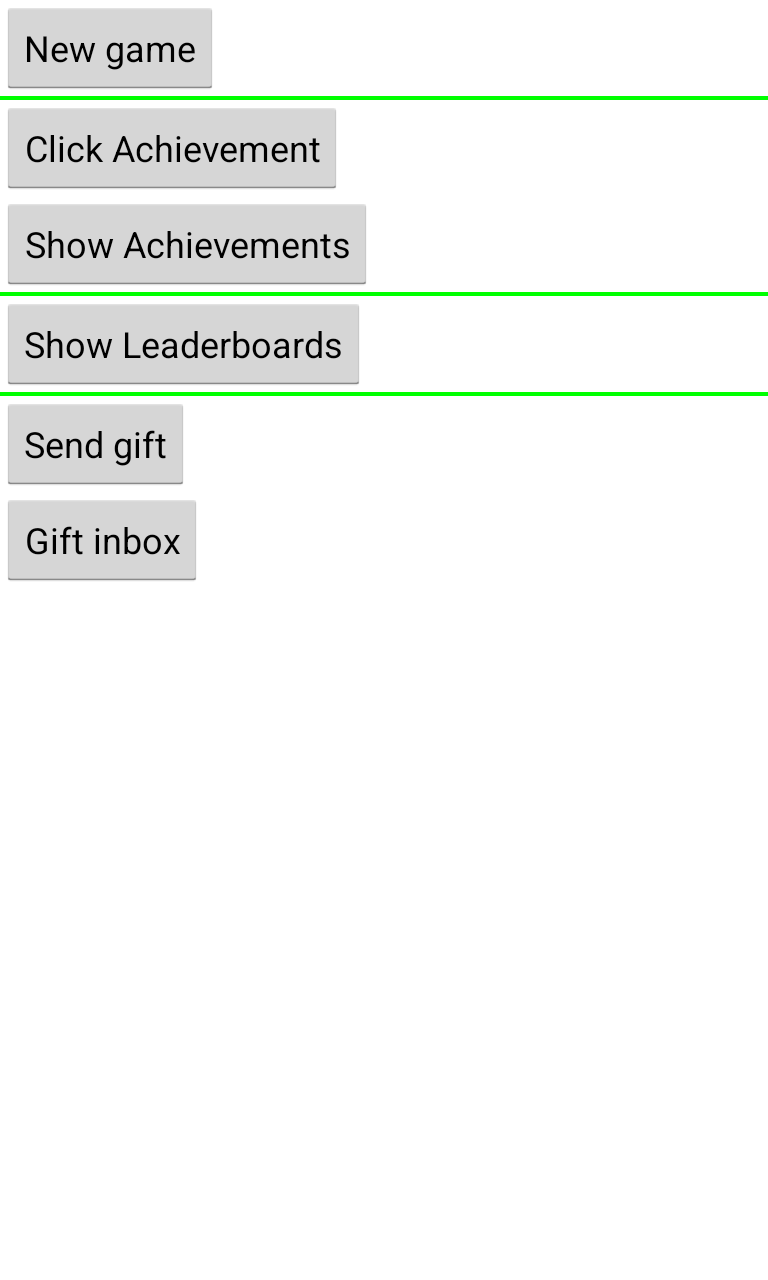
Repository: wassil/googleGamesTest
Layout: TicTacToe/res/layout/fragment_main_menu.xml
These files come from the project's save history. The layout is drawn as it stood at one moment and after the next save; the edit follows.
It is drawn on a 768 x 1280 px phone screen (xhdpi) without system bars, with theme AppTheme; the app's code is not run.

Above is the layout before, as saved 2014-04-01 05:34:15.

### TicTacToe/res/layout/fragment_main_menu.xml
<?xml version="1.0" encoding="utf-8"?>
<LinearLayout xmlns:android="http://schemas.android.com/apk/res/android"
    android:layout_width="match_parent"
    android:layout_height="match_parent"
    android:orientation="vertical"
    android:layout_gravity="center">"

    <Button
        android:id="@+id/buttonNewGame"
        android:layout_width="wrap_content"
        android:layout_height="wrap_content"
        android:text="New game" />
	<View
    	android:layout_width="fill_parent"
		android:layout_height="2dip"
		android:background="#FF00FF00" />
    <Button
        android:id="@+id/buttonClickAchievement"
        android:layout_width="wrap_content"
        android:layout_height="wrap_content"
        android:text="Click Achievement" />

    <Button
        android:id="@+id/buttonShowAchievements"
        android:layout_width="wrap_content"
        android:layout_height="wrap_content"
        android:text="Show Achievements" />

	<View
    	android:layout_width="fill_parent"
		android:layout_height="2dip"
		android:background="#FF00FF00" />

	<Button
        android:id="@+id/buttonShowLeaderboards"
        android:layout_width="wrap_content"
        android:layout_height="wrap_content"
        android:text="Show Leaderboards" />

	<View
    	android:layout_width="fill_parent"
		android:layout_height="2dip"
		android:background="#FF00FF00" />

	<Button
        android:id="@+id/buttonSendGift"
        android:layout_width="wrap_content"
        android:layout_height="wrap_content"
        android:text="Send gift" />

	<Button
        android:id="@+id/buttonGiftInbox"
        android:layout_width="wrap_content"
        android:layout_height="wrap_content"
        android:text="Gift inbox" />

</LinearLayout>

Loaded but not shown: TicTacToe/res/values/styles.xml (common file); TicTacToe/res/values-v11/styles.xml (common file); TicTacToe/res/values-v14/styles.xml (common file)

After the next save:
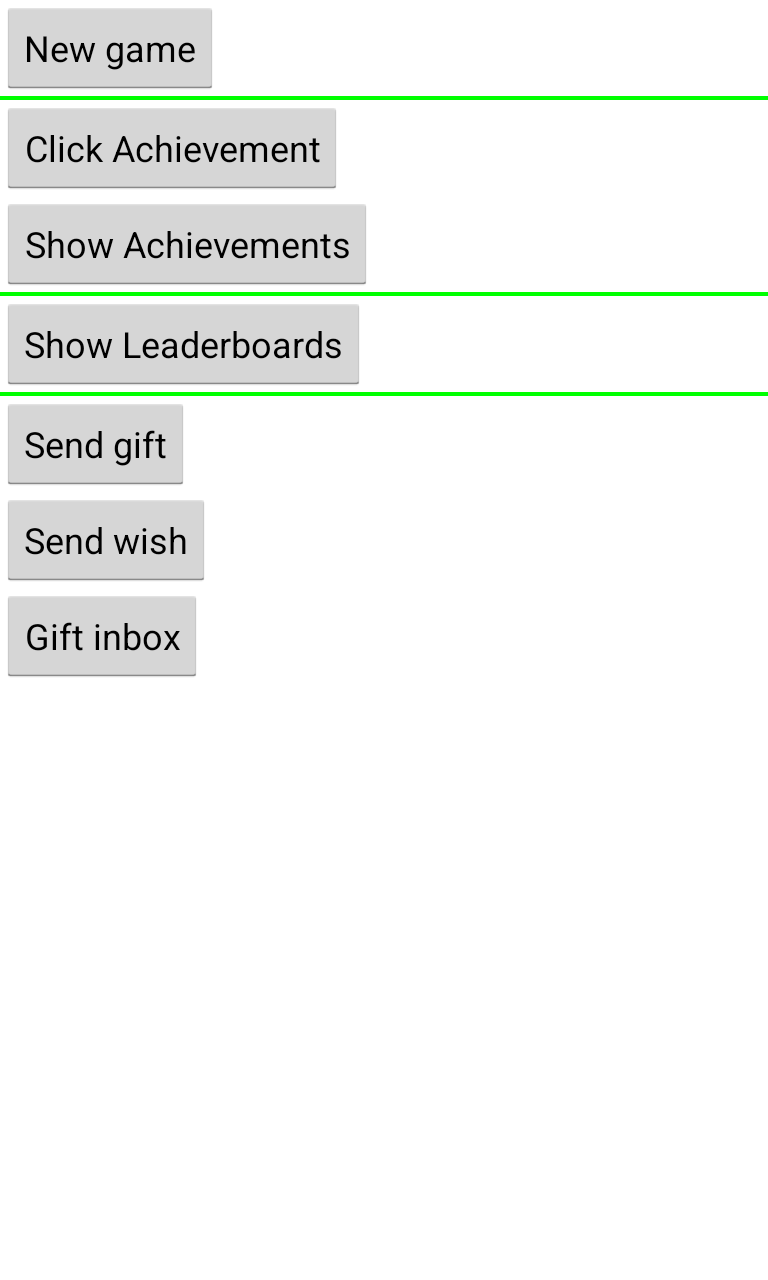
Saved 30 s later.
--- a/TicTacToe/res/layout/fragment_main_menu.xml
+++ b/TicTacToe/res/layout/fragment_main_menu.xml
@@ -49,6 +49,12 @@
         android:text="Send gift" />
 
 	<Button
+        android:id="@+id/buttonSendWish"
+        android:layout_width="wrap_content"
+        android:layout_height="wrap_content"
+        android:text="Send wish" />
+
+	<Button
         android:id="@+id/buttonGiftInbox"
         android:layout_width="wrap_content"
         android:layout_height="wrap_content"
